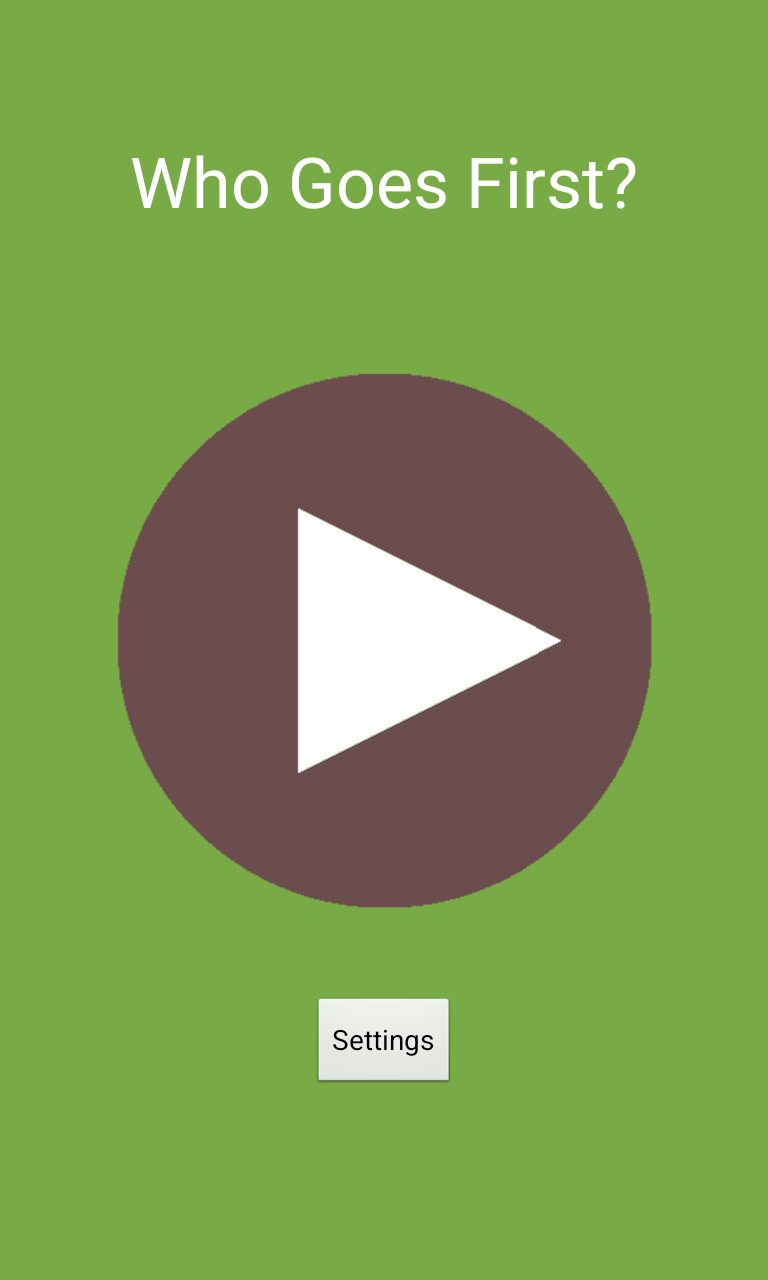
Repository: DarwinLYang/WhoGoesFirstApp
Layout: Who First/WhoFirst/res/layout/fragment_main.xml
The author's editor kept a copy of each file at every save. The layout is drawn from the files as they stood at one save, then again after the next save.
It is drawn on a 768 x 1280 px phone screen (xhdpi) without system bars, with theme android:Theme.NoTitleBar.Fullscreen; the app's code is not run.

Above is the layout before, as saved 2014-04-11 21:19:47.

### Who First/WhoFirst/res/layout/fragment_main.xml
<RelativeLayout xmlns:android="http://schemas.android.com/apk/res/android"
    xmlns:tools="http://schemas.android.com/tools"
    android:id="@+id/TitleScreen"
    android:layout_width="match_parent"
    android:layout_height="match_parent"
    android:background="@color/green"
    android:gravity="center_horizontal" >

    <TextView
        android:id="@+id/MainTitle"
        android:layout_width="wrap_content"
        android:layout_height="wrap_content"
        android:layout_alignParentTop="true"
        android:layout_centerHorizontal="true"
        android:layout_marginTop="67dp"
        android:text="Who Goes First?"
        android:textAppearance="?android:attr/textAppearanceLarge"
        android:textSize="35sp" />

    <ImageButton
        android:id="@+id/questionButton"
        android:layout_width="300dip"
        android:layout_height="300dip"
        android:layout_centerHorizontal="true"
        android:layout_centerVertical="true"
        android:adjustViewBounds="true"
        android:background="@drawable/round_button"
        android:contentDescription="@string/description_main_button"
        android:gravity="center_vertical|center_horizontal"
        android:src="@drawable/start_button"
        android:onClick="questionScreen" />

    <Button
        android:id="@+id/settingsButton"
        android:layout_width="wrap_content"
        android:layout_height="wrap_content"
        android:layout_below="@+id/questionButton"
        android:layout_centerHorizontal="true"
        android:layout_marginTop="28dp"
        android:onClick="settingsScreen"
        android:text="@string/button_setting" />

</RelativeLayout>

### Who First/WhoFirst/res/values/strings.xml
<?xml version="1.0" encoding="utf-8"?>
<resources>

    <string name="app_name">Who Goes First</string>
    <string name="button_question">Who Goes First?</string>
    <string name="button_setting">Settings</string>
    <string name="button_next_question">Give me another</string>
    <string name="button_submit_question">Submit Question</string>
    <string name="action_settings">Settings</string>
    <string name="title_activity_main">MainActivity</string>
    <string name="title_activity_question">QuestionActivity</string>
    <string name="title_activity_settings">SettingsActivity</string>
    <string name="text_question_title">Question</string>
    <string name="text_settings_title">Settings</string>
    <string name="text_submit_question_title">Submit a Question</string>
    <string name="text_default_question">Default Question</string>
    <string name="text_submit_question_hint">question goes here</string>
    <string name="description_main_button">main button</string>

    <color name="green">#78AB46</color>
    <color name="blue">#43BFC7</color>
    <color name="red">#E77471</color>

</resources>

### Who First/WhoFirst/res/drawable-hdpi/round_button.xml
<?xml version="1.0" encoding="utf-8"?>
<shape xmlns:android="http://schemas.android.com/apk/res/android"
android:shape="rectangle">
    <corners android:bottomRightRadius="8dip"
        android:bottomLeftRadius="8dip"
        android:topRightRadius="8dip"
        android:topLeftRadius="8dip"/>
</shape>

After the next save:
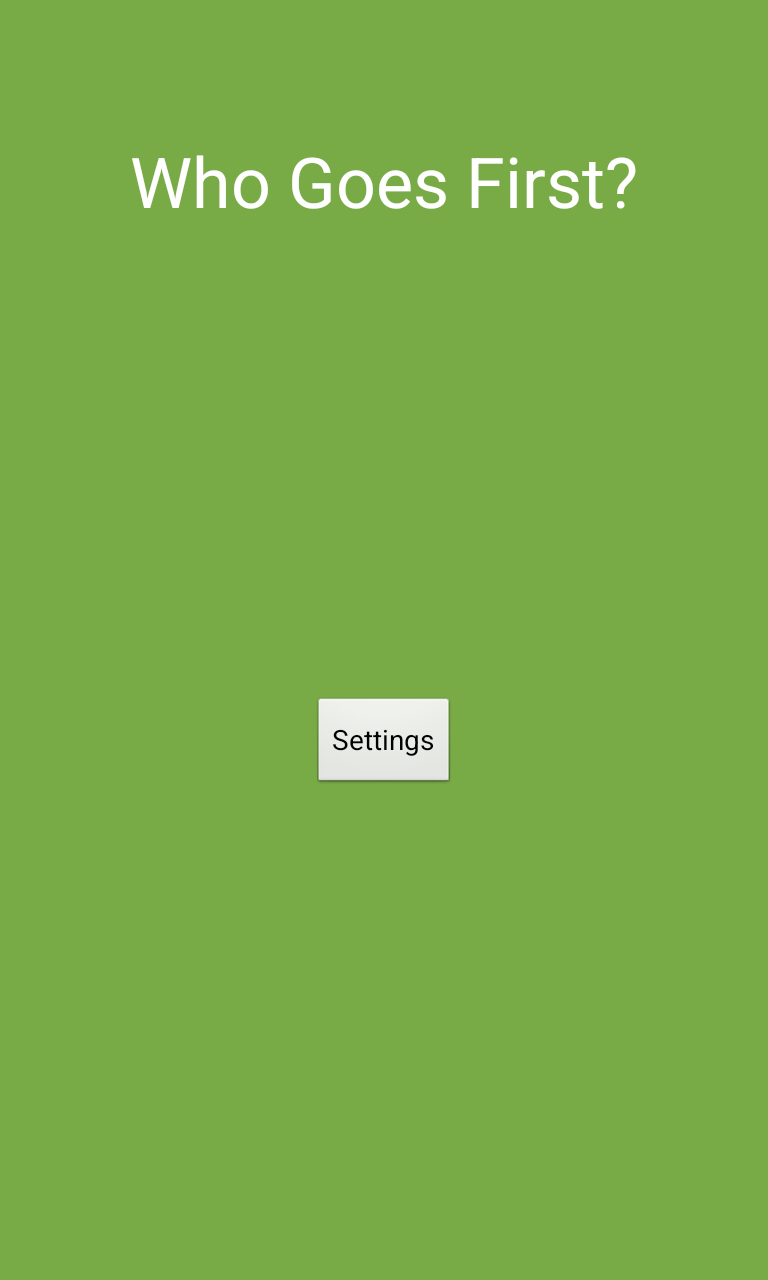
Saved 81 s later.
--- a/Who First/WhoFirst/res/layout/fragment_main.xml
+++ b/Who First/WhoFirst/res/layout/fragment_main.xml
@@ -19,8 +19,7 @@
 
     <ImageButton
         android:id="@+id/questionButton"
-        android:layout_width="300dip"
-        android:layout_height="300dip"
+
         android:layout_centerHorizontal="true"
         android:layout_centerVertical="true"
         android:adjustViewBounds="true"

After the 2 saves that followed:
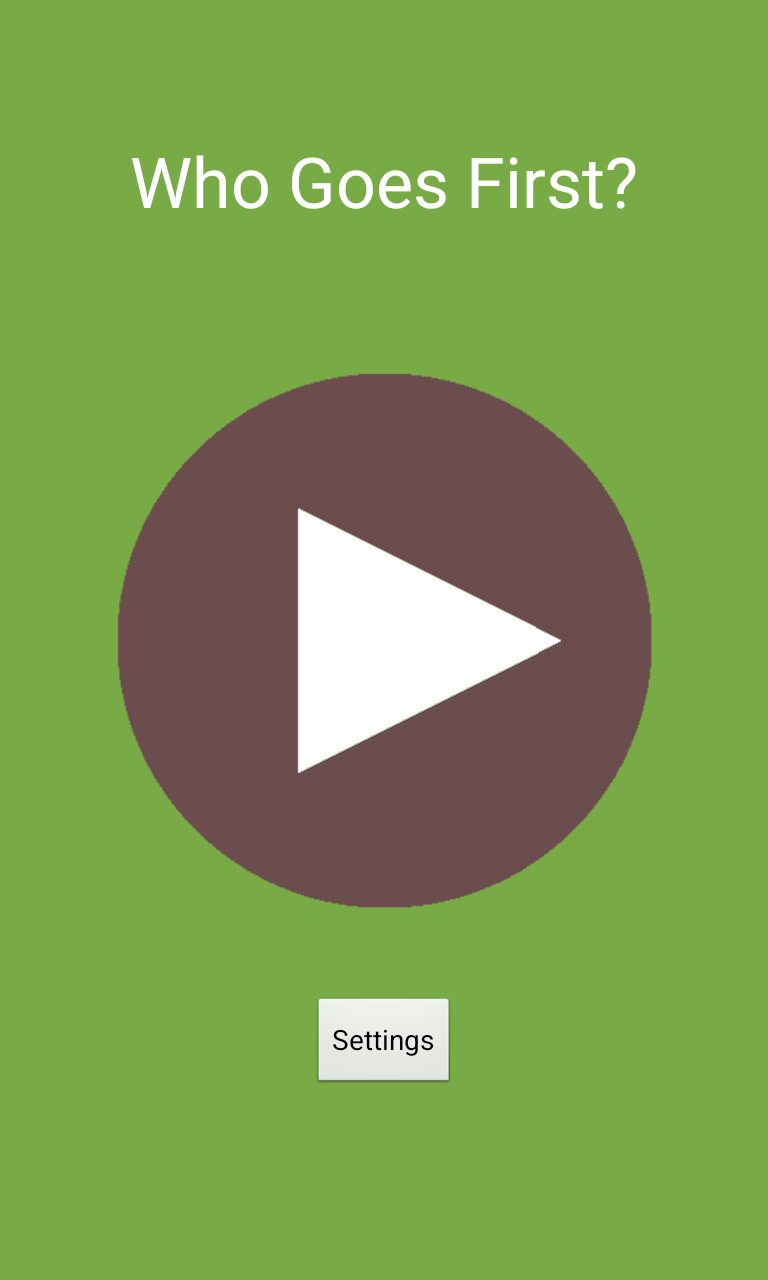
The 2 saves are shown as one change because 1 left the picture as it was.
The last was saved 40 s later.
--- a/Who First/WhoFirst/res/layout/fragment_main.xml
+++ b/Who First/WhoFirst/res/layout/fragment_main.xml
@@ -19,7 +19,8 @@
 
     <ImageButton
         android:id="@+id/questionButton"
-
+        android:layout_width="300dip"
+        android:layout_height="300dip"
         android:layout_centerHorizontal="true"
         android:layout_centerVertical="true"
         android:adjustViewBounds="true"
--- a/Who First/WhoFirst/res/drawable-hdpi/round_button.xml
+++ b/Who First/WhoFirst/res/drawable-hdpi/round_button.xml
@@ -1,8 +1,8 @@
 <?xml version="1.0" encoding="utf-8"?>
 <shape xmlns:android="http://schemas.android.com/apk/res/android"
 android:shape="rectangle">
-    <corners android:bottomRightRadius="8dip"
-        android:bottomLeftRadius="8dip"
-        android:topRightRadius="8dip"
-        android:topLeftRadius="8dip"/>
+    <corners android:bottomRightRadius="6dip"
+        android:bottomLeftRadius="6dip"
+        android:topRightRadius="6dip"
+        android:topLeftRadius="6dip"/>
 </shape>
